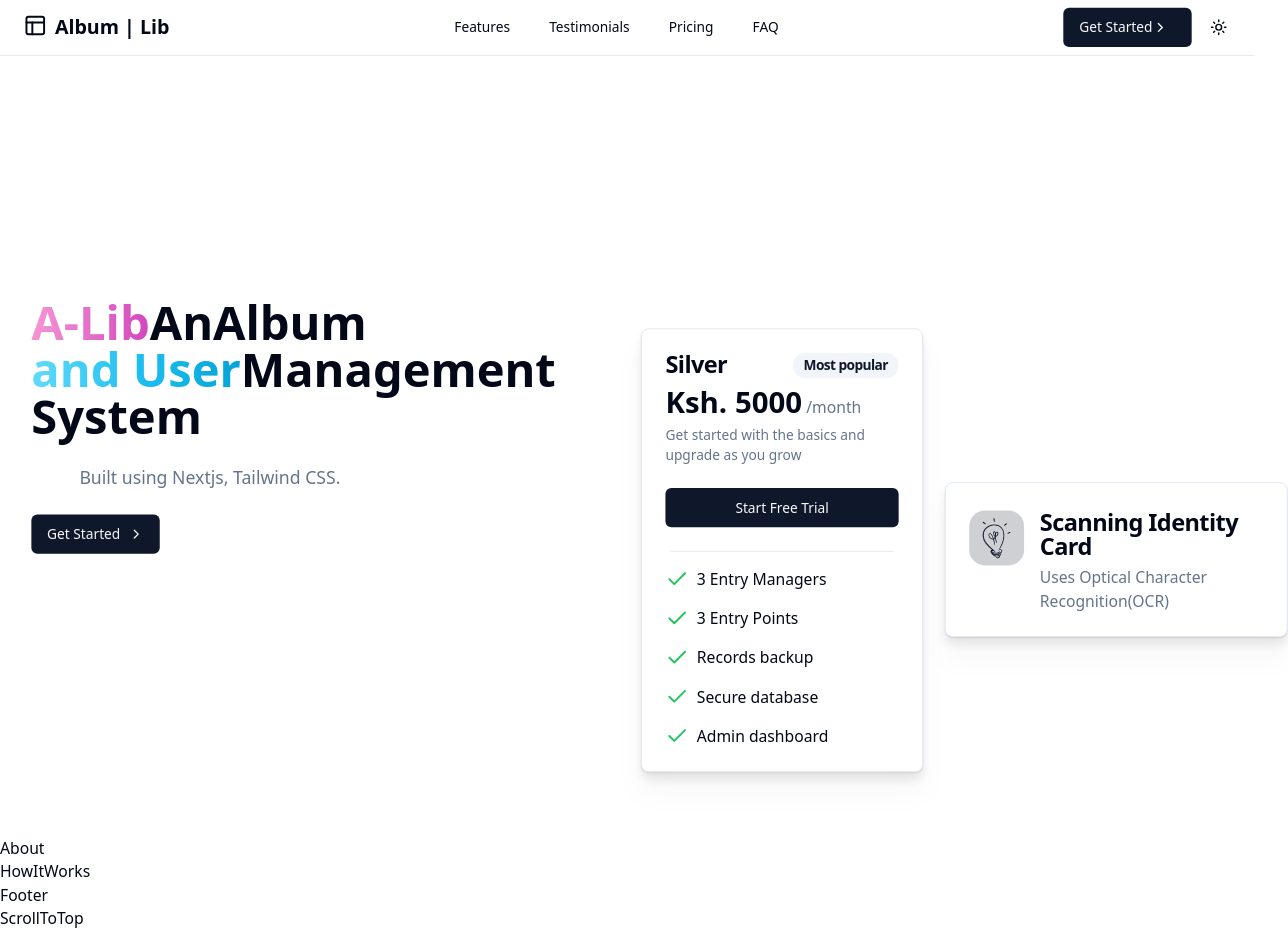
Repository: DevLaukey/savannah-informatics-test
Page: /
These files come from the project's save history. The page is drawn as it stood at one moment and after the next save; the edit follows.
The browser window is 1280 px wide. The page is 1314 px wide, then 1304 px, so the pictures cover 1314 px, including what lies to the right of the window. The pictures show the whole page, at 98% of full size.
The project was rebuilt for these pictures with package versions that can differ from the ones it lists, and the page was loaded fresh each time. The framework's server and built-in components were replaced by stand-ins that run in the browser. Also part of the build but not shown: next.config.mjs, components/ui/avatar.jsx.

Above is the page before, as saved 2024-06-04 21:59:19.

### app/layout.jsx
import "./globals.css";
import { Inter as FontSans } from "next/font/google";

import { cn } from "@/lib/utils";
import { ThemeProvider } from "@/lib/theme-provider";

const fontSans = FontSans({
  subsets: ["latin"],
  variable: "--font-sans",
});

export default function RootLayout({ children }) {
  return (
    <html lang="en" suppressHydrationWarning>
      <head />
      <body
        className={cn(
          "min-h-screen bg-background font-sans antialiased",
          fontSans.variable
        )}
      >
        <ThemeProvider
          attribute="class"
          defaultTheme="system"
          enableSystem
          disableTransitionOnChange
        >
          {children}
        </ThemeProvider>
      </body>
    </html>
  );
}

### app/page.jsx
import Footer from "@/components/Footer";
import About from "@/components/landing-page/About";
import Hero from "@/components/landing-page/Hero";
import HowItWorks from "@/components/landing-page/HowItWorks";
import Navbar from "@/components/Navbar";
import ScrollToTop from "@/components/ScrollToTop";


// this is the landing page
export default function Home() {
  return (
    <>
      <Navbar />
      <Hero />
      <About />
      <HowItWorks />
      <Footer />
      <ScrollToTop />
    </>
  );
}

### components/landing-page/Hero.jsx
import { ChevronRight } from "lucide-react";
import { HeroCards } from "./HeroCards";
import { Button, buttonVariants } from "@/components/ui/button";

const Hero = () => {
  return (
    <section className="container grid grid-cols-1 md:grid-cols-2 place-items-center py-20 md:py-32 gap-10">
      <div className="text-center md:text-left space-y-6">
        <main className="text-3xl md:text-5xl font-bold">
          <h1 className="inline-block">
            <span className="inline bg-gradient-to-r from-[#F596D3] to-[#D247BF] text-transparent bg-clip-text">
              A-Lib
            </span>
            An
          </h1>
          Album
          <h2 className="inline-block">
            <span className="inline bg-gradient-to-r from-[#61DAFB] via-[#1fc0f1] to-[#03a3d7] text-transparent bg-clip-text">
              and User
            </span>
            Management System
          </h2>
        </main>

        <p className="text-lg text-muted-foreground md:w-10/12 mx-auto">
          Built using Nextjs, Tailwind CSS.
        </p>

        <Button
          type="button"
          className={
            "flex justify-center items-center" + buttonVariants({ variant: "primary" })
          }
        >
          Get Started
          <ChevronRight className="ml-2 h-4 w-4" />
        </Button>
      </div>

      {/* Hero cards sections */}
      <div className="z-10">
        <HeroCards />
      </div>

      {/* Shadow effect */}
      <div className="shadow"></div>
    </section>
  );
};

export default Hero;

### components/landing-page/HowItWorks.jsx
import React from 'react'

function HowItWorks() {
  return (
    <div>HowItWorks</div>
  )
}

export default HowItWorks

### components/Navbar.jsx
"use client";
import React, { useState } from "react";
import {
  NavigationMenu,
  NavigationMenuItem,
  NavigationMenuList,
} from "@/components/ui/navigation-menu";
import {
  Sheet,
  SheetContent,
  SheetHeader,
  SheetTitle,
  SheetTrigger,
} from "@/components/ui/sheet";
import { Button, buttonVariants } from "./ui/button";
import { ChevronRight, Menu } from "lucide-react";
import ModeToggle from "./mode-toggle";
import { LogoIcon } from "./Icons";

const routeList = [
  {
    href: "#features",
    label: "Features",
  },
  {
    href: "#testimonials",
    label: "Testimonials",
  },
  {
    href: "#pricing",
    label: "Pricing",
  },
  {
    href: "#faq",
    label: "FAQ",
  },
];

const Navbar = () => {
  const [isOpen, setIsOpen] = useState(false);
  return (
    <header className="sticky border-b-[1px] top-0 z-40 w-full bg-white dark:border-b-slate-700 dark:bg-background">
      <NavigationMenu className="mx-auto">
        <NavigationMenuList className="container h-14 px-4 w-screen flex justify-between">
          <NavigationMenuItem className="font-bold flex">
            <a
              rel="noreferrer noopener"
              href="/"
              className="ml-2 font-bold text-xl flex"
            >
              <LogoIcon />
              Album | Lib
            </a>
          </NavigationMenuItem>

          {/* mobile */}
          <span className="flex md:hidden">
            <ModeToggle />

            <Sheet open={isOpen} onOpenChange={setIsOpen}>
              <SheetTrigger className="px-2">
                <Menu
                  className="flex md:hidden h-5 w-5"
                  onClick={() => setIsOpen(true)}
                >
                  <span className="sr-only">Menu Icon</span>
                </Menu>
              </SheetTrigger>

              <SheetContent side={"left"}>
                <SheetHeader>
                  <SheetTitle className="font-bold text-xl">
                    Shadcn/React
                  </SheetTitle>
                </SheetHeader>
                <nav className="flex flex-col justify-center items-center gap-2 mt-4">
                  {routeList.map(({ href, label }) => (
                    <a
                      rel="noreferrer noopener"
                      key={label}
                      href={href}
                      onClick={() => setIsOpen(false)}
                      className={buttonVariants({ variant: "ghost" })}
                    >
                      {label}
                    </a>
                  ))}
                  <Button>
                    Get Started
                    <ChevronRight className="mr-2 h-4 w-4" />
                  </Button>
                </nav>
              </SheetContent>
            </Sheet>
          </span>

          {/* desktop */}
          <nav className="hidden md:flex gap-2">
            {routeList.map((route, i) => (
              <a
                rel="noreferrer noopener"
                href={route.href}
                key={i}
                className={`text-[17px] ${buttonVariants({
                  variant: "ghost",
                })}`}
              >
                {route.label}
              </a>
            ))}
          </nav>

          <div className="hidden md:flex gap-2">
            <Button>
              Get Started
              <ChevronRight className="mr-2 h-4 w-4" />
            </Button>
            <ModeToggle />
          </div>
        </NavigationMenuList>
      </NavigationMenu>
    </header>
  );
};
export default Navbar;

### components/ScrollToTop.jsx
import React from 'react'

function ScrollToTop() {
  return (
    <div>ScrollToTop</div>
  )
}

export default ScrollToTop

### components/landing-page/HeroCards.jsx
import { Avatar, AvatarFallback, AvatarImage } from "@/components/ui/avatar";
import { Badge } from "@/components/ui/badge";
import { Button, buttonVariants } from "@/components/ui/button";
import {
  Card,
  CardContent,
  CardDescription,
  CardHeader,
  CardTitle,
  CardFooter,
} from "@/components/ui/card";
import { Check, Linkedin } from "lucide-react";
import { LightBulbIcon } from "./LightBulbIcon";
import { GitHubLogoIcon } from "@radix-ui/react-icons";

export const HeroCards = () => {
  return (
    <div className="hidden lg:flex flex-row flex-wrap gap-8 relative w-[700px] h-[500px]">
      {/* Testimonial */}
      {/* <Card className="absolute w-[340px] -top-[15px] drop-shadow-xl shadow-black/10 dark:shadow-white/10">
        <CardHeader className="flex flex-row items-center gap-4 pb-2">
          <Avatar>
            <AvatarImage alt="" src="https://github.com/shadcn.png" />
            <AvatarFallback>DK</AvatarFallback>
          </Avatar>

          <div className="flex flex-col">
            <CardTitle className="text-lg">John Doe </CardTitle>
            <CardDescription>@john_doe</CardDescription>
          </div>
        </CardHeader>

        <CardContent>The data is secure and private!</CardContent>
      </Card> */}

      {/* Team */}
      {/* <Card className="absolute right-[20px] top-4 w-80 flex flex-col justify-center items-center drop-shadow-xl shadow-black/10 dark:shadow-white/10">
        <CardHeader className="mt-8 flex justify-center items-center pb-2">
          <img
            src="https://avatars.githubusercontent.com/u/63729244?s=400&u=e2bde62a1ba395f12dba8fe5ff52ba5f15a8755e&v=4"
            alt="user avatar"
            className="absolute grayscale-[0%] -top-12 rounded-full w-24 h-24 aspect-square object-cover"
          />
          <CardTitle className="text-center">Victor Mwaura</CardTitle>
          <CardDescription className="font-normal text-primary">
            Chief Technology Officer
          </CardDescription>
        </CardHeader>

        <CardContent className="text-center pb-2">
          <p>
            No more delays in the process of scanning and verifying identity
            cards
          </p>
        </CardContent>

        <CardFooter>
          <div>
            <a
              href="https://github.com/DevLaukey"
              target="_blank"
              className={buttonVariants({
                variant: "ghost",
                size: "sm",
              })}
            >
              <span className="sr-only">Github icon</span>
              <GitHubLogoIcon className="w-5 h-5" />
            </a>
            <a
              href="https://twitter.com/DLaukey"
              target="_blank"
              className={buttonVariants({
                variant: "ghost",
                size: "sm",
              })}
            >
              <span className="sr-only">X icon</span>
              <svg
                role="img"
                viewBox="0 0 24 24"
                xmlns="http://www.w3.org/2000/svg"
                className="fill-foreground w-5 h-5"
              >
                <title>X</title>
                <path d="M18.901 1.153h3.68l-8.04 9.19L24 22.846h-7.406l-5.8-7.584-6.638 7.584H.474l8.6-9.83L0 1.154h7.594l5.243 6.932ZM17.61 20.644h2.039L6.486 3.24H4.298Z" />
              </svg>
            </a>

            <a
              href="https://www.linkedin.com/in/devlaukey/"
              target="_blank"
              className={buttonVariants({
                variant: "ghost",
                size: "sm",
              })}
            >
              <span className="sr-only">Linkedin icon</span>
              <Linkedin size="20" />
            </a>
          </div>
        </CardFooter>
      </Card> */}

      {/* Pricing */}
      <Card className="absolute top-[150px] left-[50px] w-72  drop-shadow-xl shadow-black/10 dark:shadow-white/10">
        <CardHeader>
          <CardTitle className="flex item-center justify-between">
            Silver
            <Badge variant="secondary" className="text-sm text-primary">
              Most popular
            </Badge>
          </CardTitle>
          <div>
            <span className="text-3xl font-bold">Ksh. 5000</span>
            <span className="text-muted-foreground"> /month</span>
          </div>

          <CardDescription>
            Get started with the basics and upgrade as you grow
          </CardDescription>
        </CardHeader>

        <CardContent>
          <Button className="w-full">Start Free Trial</Button>
        </CardContent>

        <hr className="w-4/5 m-auto mb-4" />

        <CardFooter className="flex">
          <div className="space-y-4">
            {[
              "3 Entry Managers",
              "3 Entry Points",
              "Records backup",
              "Secure database",
              "Admin dashboard",
            ].map((benefit) => (
              <span key={benefit} className="flex">
                <Check className="text-green-500" />{" "}
                <h3 className="ml-2">{benefit}</h3>
              </span>
            ))}
          </div>
        </CardFooter>
      </Card>

      {/* Service */}
      <Card className="absolute w-[350px] -right-[10px] bottom-[35px] drop-shadow-xl shadow-black/10 dark:shadow-white/10">
        <CardHeader className="space-y-1 flex md:flex-row justify-start items-start gap-4">
          <div className="mt-1 bg-primary/20 p-1 rounded-2xl">
            <LightBulbIcon />
          </div>
          <div>
            <CardTitle>Scanning Identity Card</CardTitle>
            <CardDescription className="text-md mt-2">
              Uses Optical Character Recognition(OCR)
            </CardDescription>
          </div>
        </CardHeader>
      </Card>
    </div>
  );
};

### components/ui/button.jsx
import * as React from "react"
import { Slot } from "@radix-ui/react-slot"
import { cva } from "class-variance-authority";

import { cn } from "@/lib/utils"

const buttonVariants = cva(
  "inline-flex items-center justify-center whitespace-nowrap rounded-md text-sm font-medium ring-offset-background transition-colors focus-visible:outline-none focus-visible:ring-2 focus-visible:ring-ring focus-visible:ring-offset-2 disabled:pointer-events-none disabled:opacity-50",
  {
    variants: {
      variant: {
        default: "bg-primary text-primary-foreground hover:bg-primary/90",
        destructive:
          "bg-destructive text-destructive-foreground hover:bg-destructive/90",
        outline:
          "border border-input bg-background hover:bg-accent hover:text-accent-foreground",
        secondary:
          "bg-secondary text-secondary-foreground hover:bg-secondary/80",
        ghost: "hover:bg-accent hover:text-accent-foreground",
        link: "text-primary underline-offset-4 hover:underline",
      },
      size: {
        default: "h-10 px-4 py-2",
        sm: "h-9 rounded-md px-3",
        lg: "h-11 rounded-md px-8",
        icon: "h-10 w-10",
      },
    },
    defaultVariants: {
      variant: "default",
      size: "default",
    },
  }
)

const Button = React.forwardRef(({ className, variant, size, asChild = false, ...props }, ref) => {
  const Comp = asChild ? Slot : "button"
  return (
    (<Comp
      className={cn(buttonVariants({ variant, size, className }))}
      ref={ref}
      {...props} />)
  );
})
Button.displayName = "Button"

export { Button, buttonVariants }

### components/ui/sheet.jsx
"use client";
import * as React from "react"
import * as SheetPrimitive from "@radix-ui/react-dialog"
import { cva } from "class-variance-authority";
import { X } from "lucide-react"

import { cn } from "@/lib/utils"

const Sheet = SheetPrimitive.Root

const SheetTrigger = SheetPrimitive.Trigger

const SheetClose = SheetPrimitive.Close

const SheetPortal = SheetPrimitive.Portal

const SheetOverlay = React.forwardRef(({ className, ...props }, ref) => (
  <SheetPrimitive.Overlay
    className={cn(
      "fixed inset-0 z-50 bg-black/80  data-[state=open]:animate-in data-[state=closed]:animate-out data-[state=closed]:fade-out-0 data-[state=open]:fade-in-0",
      className
    )}
    {...props}
    ref={ref} />
))
SheetOverlay.displayName = SheetPrimitive.Overlay.displayName

const sheetVariants = cva(
  "fixed z-50 gap-4 bg-background p-6 shadow-lg transition ease-in-out data-[state=open]:animate-in data-[state=closed]:animate-out data-[state=closed]:duration-300 data-[state=open]:duration-500",
  {
    variants: {
      side: {
        top: "inset-x-0 top-0 border-b data-[state=closed]:slide-out-to-top data-[state=open]:slide-in-from-top",
        bottom:
          "inset-x-0 bottom-0 border-t data-[state=closed]:slide-out-to-bottom data-[state=open]:slide-in-from-bottom",
        left: "inset-y-0 left-0 h-full w-3/4 border-r data-[state=closed]:slide-out-to-left data-[state=open]:slide-in-from-left sm:max-w-sm",
        right:
          "inset-y-0 right-0 h-full w-3/4  border-l data-[state=closed]:slide-out-to-right data-[state=open]:slide-in-from-right sm:max-w-sm",
      },
    },
    defaultVariants: {
      side: "right",
    },
  }
)

const SheetContent = React.forwardRef(({ side = "right", className, children, ...props }, ref) => (
  <SheetPortal>
    <SheetOverlay />
    <SheetPrimitive.Content ref={ref} className={cn(sheetVariants({ side }), className)} {...props}>
      {children}
      <SheetPrimitive.Close
        className="absolute right-4 top-4 rounded-sm opacity-70 ring-offset-background transition-opacity hover:opacity-100 focus:outline-none focus:ring-2 focus:ring-ring focus:ring-offset-2 disabled:pointer-events-none data-[state=open]:bg-secondary">
        <X className="h-4 w-4" />
        <span className="sr-only">Close</span>
      </SheetPrimitive.Close>
    </SheetPrimitive.Content>
  </SheetPortal>
))
SheetContent.displayName = SheetPrimitive.Content.displayName

const SheetHeader = ({
  className,
  ...props
}) => (
  <div
    className={cn("flex flex-col space-y-2 text-center sm:text-left", className)}
    {...props} />
)
SheetHeader.displayName = "SheetHeader"

const SheetFooter = ({
  className,
  ...props
}) => (
  <div
    className={cn("flex flex-col-reverse sm:flex-row sm:justify-end sm:space-x-2", className)}
    {...props} />
)
SheetFooter.displayName = "SheetFooter"

const SheetTitle = React.forwardRef(({ className, ...props }, ref) => (
  <SheetPrimitive.Title
    ref={ref}
    className={cn("text-lg font-semibold text-foreground", className)}
    {...props} />
))
SheetTitle.displayName = SheetPrimitive.Title.displayName

const SheetDescription = React.forwardRef(({ className, ...props }, ref) => (
  <SheetPrimitive.Description
    ref={ref}
    className={cn("text-sm text-muted-foreground", className)}
    {...props} />
))
SheetDescription.displayName = SheetPrimitive.Description.displayName

export {
  Sheet,
  SheetPortal,
  SheetOverlay,
  SheetTrigger,
  SheetClose,
  SheetContent,
  SheetHeader,
  SheetFooter,
  SheetTitle,
  SheetDescription,
}

### components/mode-toggle.jsx
import React from "react";
import { Button } from "@/components/ui/button";
import {
  DropdownMenu,
  DropdownMenuContent,
  DropdownMenuItem,
  DropdownMenuTrigger,
} from "@/components/ui/dropdown-menu";
import { useTheme } from "@/lib/theme-provider";
import { Moon, Sun } from "lucide-react";

export default function ModeToggle() {
  const { setTheme } = useTheme();

  return (
    <DropdownMenu>
      <DropdownMenuTrigger asChild>
        <Button variant="ghost" size="icon" className="ghost">
          <Sun className="h-[1.1rem] w-[1.2rem] rotate-0 scale-100 transition-all dark:-rotate-90 dark:scale-0" />
          <Moon className="absolute h-[1.1rem] w-[1.2rem] rotate-90 scale-0 transition-all dark:rotate-0 dark:scale-100" />
          <span className="sr-only">Toggle theme</span>
        </Button>
      </DropdownMenuTrigger>
      <DropdownMenuContent align="end">
        <DropdownMenuItem onClick={() => setTheme("light")}>
          Light
        </DropdownMenuItem>
        <DropdownMenuItem onClick={() => setTheme("dark")}>
          Dark
        </DropdownMenuItem>
        <DropdownMenuItem onClick={() => setTheme("system")}>
          System
        </DropdownMenuItem>
      </DropdownMenuContent>
    </DropdownMenu>
  );
}

### components/Icons.jsx
export const LogoIcon = () => {
  return (
    <svg
      xmlns="http://www.w3.org/2000/svg"
      viewBox="0 0 24 24"
      fill="none"
      stroke="currentColor"
      strokeWidth="2"
      strokeLinecap="round"
      strokeLinejoin="round"
      className="lucide lucide-panels-top-left mr-2 w-6 h-6"
    >
      <rect width="18" height="18" x="3" y="3" rx="2" />
      <path d="M3 9h18" />
      <path d="M9 21V9" />
    </svg>
  );
};

### components/ui/badge.jsx
import * as React from "react"
import { cva } from "class-variance-authority";

import { cn } from "@/lib/utils"

const badgeVariants = cva(
  "inline-flex items-center rounded-full border px-2.5 py-0.5 text-xs font-semibold transition-colors focus:outline-none focus:ring-2 focus:ring-ring focus:ring-offset-2",
  {
    variants: {
      variant: {
        default:
          "border-transparent bg-primary text-primary-foreground hover:bg-primary/80",
        secondary:
          "border-transparent bg-secondary text-secondary-foreground hover:bg-secondary/80",
        destructive:
          "border-transparent bg-destructive text-destructive-foreground hover:bg-destructive/80",
        outline: "text-foreground",
      },
    },
    defaultVariants: {
      variant: "default",
    },
  }
)

function Badge({
  className,
  variant,
  ...props
}) {
  return (<div className={cn(badgeVariants({ variant }), className)} {...props} />);
}

export { Badge, badgeVariants }

### components/ui/card.jsx
import * as React from "react"

import { cn } from "@/lib/utils"

const Card = React.forwardRef(({ className, ...props }, ref) => (
  <div
    ref={ref}
    className={cn("rounded-lg border bg-card text-card-foreground shadow-sm", className)}
    {...props} />
))
Card.displayName = "Card"

const CardHeader = React.forwardRef(({ className, ...props }, ref) => (
  <div
    ref={ref}
    className={cn("flex flex-col space-y-1.5 p-6", className)}
    {...props} />
))
CardHeader.displayName = "CardHeader"

const CardTitle = React.forwardRef(({ className, ...props }, ref) => (
  <h3
    ref={ref}
    className={cn("text-2xl font-semibold leading-none tracking-tight", className)}
    {...props} />
))
CardTitle.displayName = "CardTitle"

const CardDescription = React.forwardRef(({ className, ...props }, ref) => (
  <p
    ref={ref}
    className={cn("text-sm text-muted-foreground", className)}
    {...props} />
))
CardDescription.displayName = "CardDescription"

const CardContent = React.forwardRef(({ className, ...props }, ref) => (
  <div ref={ref} className={cn("p-6 pt-0", className)} {...props} />
))
CardContent.displayName = "CardContent"

const CardFooter = React.forwardRef(({ className, ...props }, ref) => (
  <div
    ref={ref}
    className={cn("flex items-center p-6 pt-0", className)}
    {...props} />
))
CardFooter.displayName = "CardFooter"

export { Card, CardHeader, CardFooter, CardTitle, CardDescription, CardContent }

Loaded but not shown: app/globals.css (common file); lib/utils.js (common file); components/Footer.jsx (common file); components/landing-page/About.jsx (common file); tailwind.config.js (82 lines, source omitted); lib/theme-provider.js (60 lines, source omitted); components/landing-page/LightBulbIcon.jsx (73 lines, source omitted); components/ui/dropdown-menu.jsx (157 lines, source omitted); components/ui/navigation-menu.jsx (104 lines, source omitted)

After the next save:
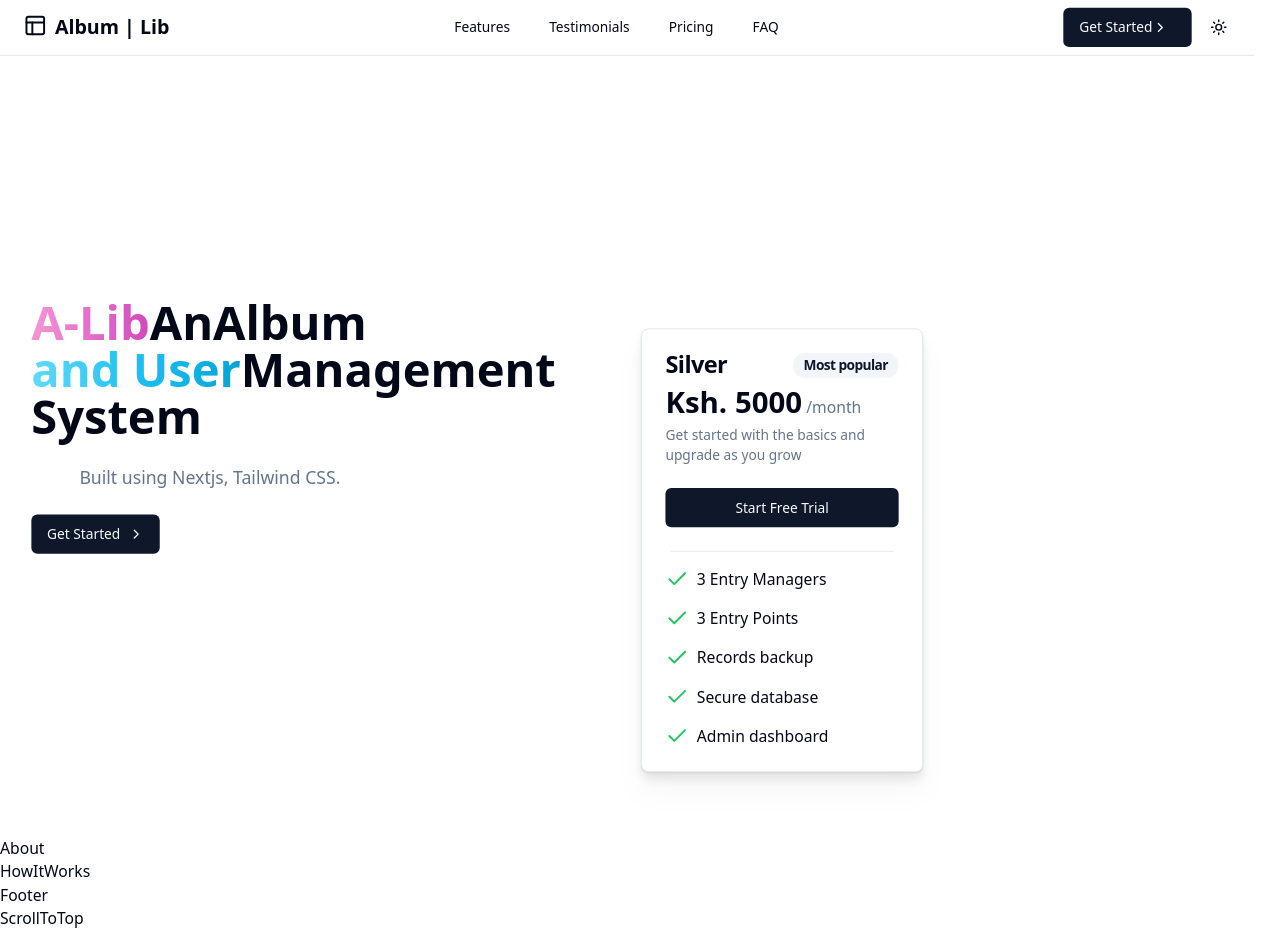
Saved 13 s later.
--- a/components/landing-page/HeroCards.jsx
+++ b/components/landing-page/HeroCards.jsx
@@ -146,7 +146,7 @@ export const HeroCards = () => {
       </Card>
 
       {/* Service */}
-      <Card className="absolute w-[350px] -right-[10px] bottom-[35px] drop-shadow-xl shadow-black/10 dark:shadow-white/10">
+      {/* <Card className="absolute w-[350px] -right-[10px] bottom-[35px] drop-shadow-xl shadow-black/10 dark:shadow-white/10">
         <CardHeader className="space-y-1 flex md:flex-row justify-start items-start gap-4">
           <div className="mt-1 bg-primary/20 p-1 rounded-2xl">
             <LightBulbIcon />
@@ -158,7 +158,7 @@ export const HeroCards = () => {
             </CardDescription>
           </div>
         </CardHeader>
-      </Card>
+      </Card> */}
     </div>
   );
 };
